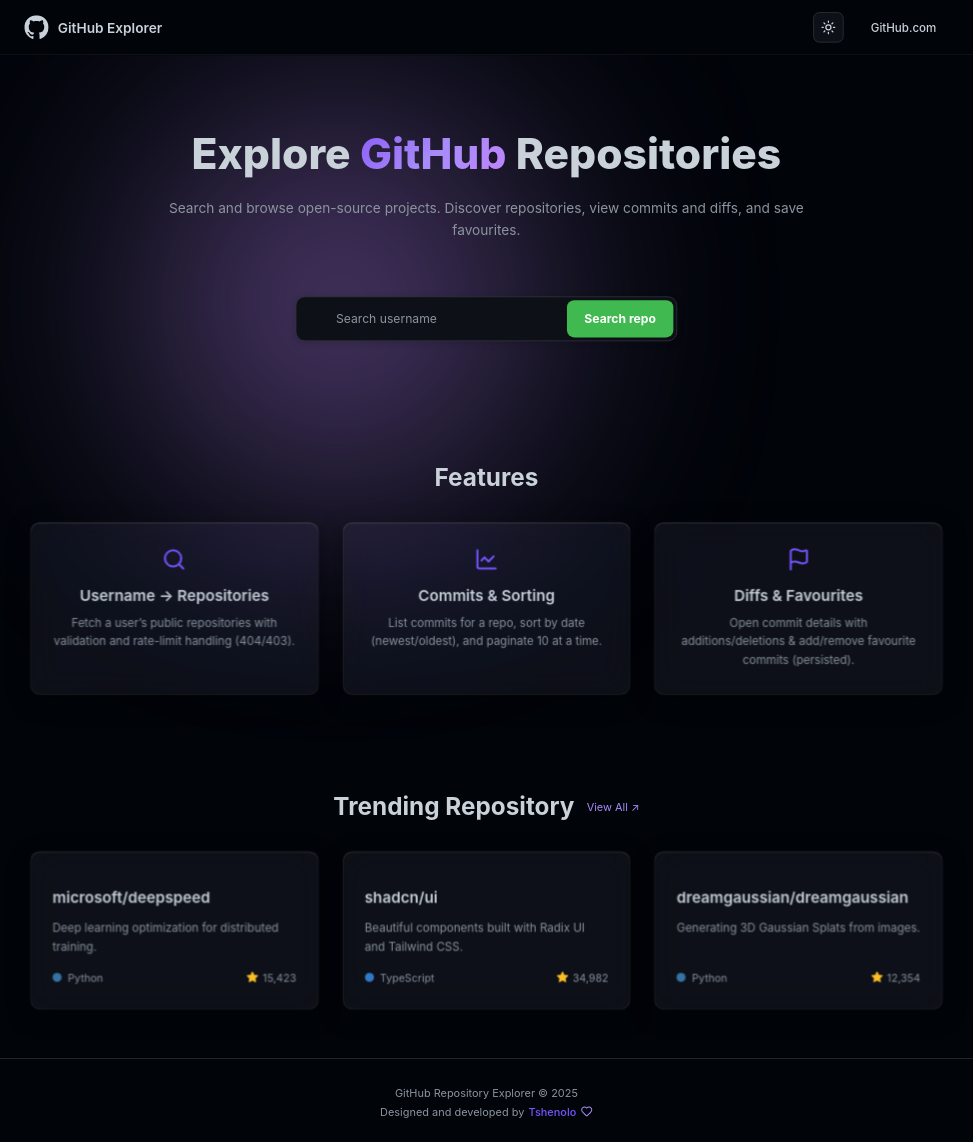
Repository: Tshenolo1994/username-repo
Page: /
These files come from the project's save history. The page is drawn as it stood at one moment and after a run of saves; the edit follows.
The browser window is 1280 px wide. The pictures show the whole page, at 76% of full size.
The project was rebuilt for these pictures with package versions that can differ from the ones it lists, and the page was loaded fresh each time. Also part of the build but not shown: vite.config.ts, src/store/useRepoStore.ts, src/views/RepoView.vue.

Above is the page before, as saved 2025-10-27 13:52:41.

After the next 3 saves:
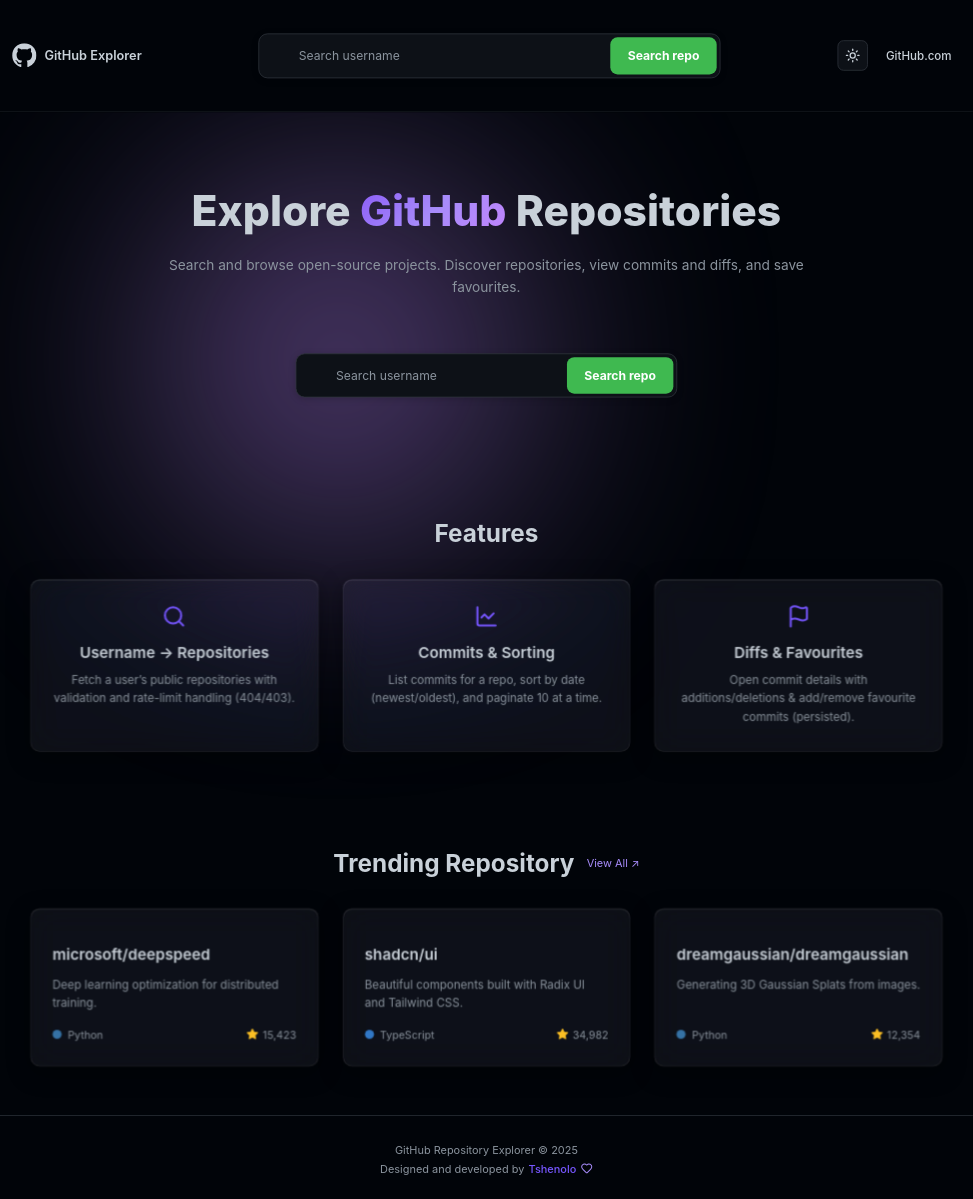
The 3 saves are shown as one change because they came seconds apart.
The last was saved 16 min 35 s later.
--- a/src/components/Header.vue
+++ b/src/components/Header.vue
@@ -1,25 +1,45 @@
 <script setup lang="ts">
-import { Sun, Moon } from 'lucide-vue-next';
-import { useTheme } from '@/composables/useTheme';
+import { Sun, Moon } from 'lucide-vue-next'
+import { useTheme } from '@/composables/useTheme'
+import SearchBar from '@/components/SearchBar.vue'
 
-const { isDark, toggleTheme } = useTheme();
+const { isDark, toggleTheme } = useTheme()
 </script>
 
 <template>
   <header class="header">
     <div class="header-content">
-      <div class="logo">
-        <svg width="32" height="32" viewBox="0 0 16 16" fill="currentColor">
-          <path d="M8 0C3.58 0 0 3.58 0 8c0 3.54 2.29 6.53 5.47 7.59.4.07.55-.17.55-.38 0-.19-.01-.82-.01-1.49-2.01.37-2.53-.49-2.69-.94-.09-.23-.48-.94-.82-1.13-.28-.15-.68-.52-.01-.53.63-.01 1.08.58 1.23.82.72 1.21 1.87.87 2.33.66.07-.52.28-.87.51-1.07-1.78-.2-3.64-.89-3.64-3.95 0-.87.31-1.59.82-2.15-.08-.2-.36-1.02.08-2.12 0 0 .67-.21 2.2.82.64-.18 1.32-.27 2-.27.68 0 1.36.09 2 .27 1.53-1.04 2.2-.82 2.2-.82.44 1.1.16 1.92.08 2.12.51.56.82 1.27.82 2.15 0 3.07-1.87 3.75-3.65 3.95.29.25.54.73.54 1.48 0 1.07-.01 1.93-.01 2.2 0 .21.15.46.55.38A8.013 8.013 0 0016 8c0-4.42-3.58-8-8-8z"/>
+      <!-- Brand -->
+      <router-link to="/" class="logo" aria-label="Go to Home">
+        <svg width="32" height="32" viewBox="0 0 16 16" fill="currentColor" aria-hidden="true">
+          <path d="M8 0C3.58 0 0 3.58 0 8c0 3.54 2.29 6.53 5.47 7.59.4.07.55-.17.55-.38
+            0-.19-.01-.82-.01-1.49-2.01.37-2.53-.49-2.69-.94-.09-.23-.48-.94-.82-1.13
+            -.28-.15-.68-.52-.01-.53.63-.01 1.08.58 1.23.82.72 1.21 1.87.87 2.33.66.07
+            -.52.28-.87.51-1.07-1.78-.2-3.64-.89-3.64-3.95 0-.87.31-1.59.82-2.15-.08-.2
+            -.36-1.02.08-2.12 0 0 .67-.21 2.2.82.64-.18 1.32-.27 2-.27.68 0 1.36.09 2
+            .27 1.53-1.04 2.2-.82 2.2-.82.44 1.1.16 1.92.08 2.12.51.56.82 1.27.82 2.15
+            0 3.07-1.87 3.75-3.65 3.95.29.25.54.73.54 1.48 0 1.07-.01 1.93-.01 2.2 0
+            .21.15.46.55.38A8.013 8.013 0 0016 8c0-4.42-3.58-8-8-8z"/>
         </svg>
         <span class="logo-text">GitHub Explorer</span>
+      </router-link>
+
+      <!-- Header search (reuses the global SearchBar component) -->
+      <div class="header-search">
+        <SearchBar />
       </div>
 
+      <!-- Right actions -->
       <nav class="nav">
-        <button @click="toggleTheme" class="theme-toggle" :aria-label="isDark ? 'Switch to light mode' : 'Switch to dark mode'">
+        <button
+          @click="toggleTheme"
+          class="theme-toggle"
+          :aria-label="isDark ? 'Switch to light mode' : 'Switch to dark mode'"
+        >
           <Sun v-if="isDark" :size="20" />
           <Moon v-else :size="20" />
         </button>
+
         <a href="https://github.com" target="_blank" rel="noreferrer" class="github-link">
           GitHub.com
         </a>
@@ -32,7 +52,7 @@
 .header {
   background: var(--bg);
   border-bottom: 1px solid var(--border);
-  padding: 1rem 2rem;
+  padding: 0.75rem 1rem;
   position: sticky;
   top: 0;
   z-index: 100;
@@ -43,38 +63,40 @@
 .header-content {
   max-width: 1400px;
   margin: 0 auto;
-  display: flex;
-  justify-content: space-between;
+  display: grid;
+  grid-template-columns: auto 1fr auto; /* brand | search | actions */
   align-items: center;
+  gap: 0.75rem;
 }
 
+/* Brand */
 .logo {
-  display: flex;
+  display: inline-flex;
+  align-items: center;
+  gap: 0.65rem;
+  color: var(--text);
+  font-weight: 600;
+  font-size: 1.05rem;
+  text-decoration: none;
+  transition: color 0.2s;
+}
+.logo:hover { color: var(--link); }
+.logo svg { flex-shrink: 0; }
+.logo-text { font-weight: 600; }
+
+/* Search in header */
+.header-search {
+  min-width: 220px;
+  max-width: 640px;
+  margin: 0 auto;
+  width: 100%;
+}
+
+/* Right actions */
+.nav {
+  display: inline-flex;
   align-items: center;
   gap: 0.75rem;
-  color: var(--text);
-  font-weight: 600;
-  font-size: 1.125rem;
-  cursor: pointer;
-  transition: color 0.2s;
-}
-
-.logo:hover {
-  color: var(--link);
-}
-
-.logo svg {
-  flex-shrink: 0;
-}
-
-.logo-text {
-  font-weight: 600;
-}
-
-.nav {
-  display: flex;
-  align-items: center;
-  gap: 1.25rem;
 }
 
 .theme-toggle {
@@ -83,14 +105,12 @@
   border-radius: 8px;
   width: 40px;
   height: 40px;
-  display: flex;
-  align-items: center;
-  justify-content: center;
+  display: grid;
+  place-items: center;
   cursor: pointer;
   color: var(--text);
   transition: all 0.2s;
 }
-
 .theme-toggle:hover {
   background: var(--border);
   transform: rotate(15deg);
@@ -101,23 +121,30 @@
   text-decoration: none;
   font-size: 0.95rem;
   font-weight: 500;
-  padding: 0.5rem 1rem;
+  padding: 0.5rem 0.75rem;
   border-radius: 6px;
   transition: all 0.2s;
 }
-
 .github-link:hover {
   color: var(--link);
   background: var(--bg-elev);
 }
 
+/* Responsive tweaks */
+@media (max-width: 900px) {
+  .logo-text { display: none; }
+  .github-link { display: none; }  /* keep header compact on smaller screens */
+}
+
 @media (max-width: 640px) {
-  .header {
-    padding: 1rem;
+  .header-content {
+    grid-template-columns: 1fr auto;
+    grid-template-rows: auto auto;
   }
-
-  .logo-text {
-    display: none;
+  .header-search {
+    grid-column: 1 / -1;
+    width: 100%;
+    margin-top: 0.5rem;
   }
 }
 </style>
